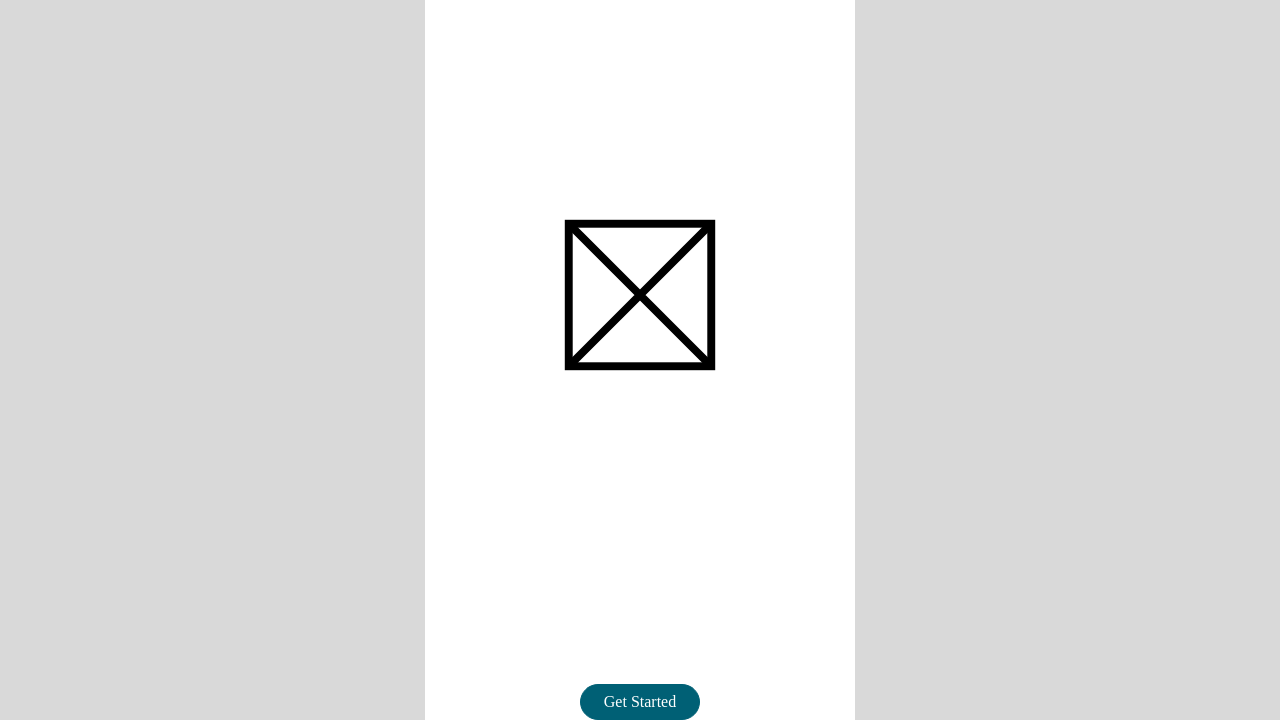
Repository: Michelle2317/CalmQuest
Page: /Onboarding
These files come from the project's save history. The page is drawn as it stood at one moment and after a run of saves; the edit follows.
The browser window is 1280 px wide. The pictures show the whole page.
The project was rebuilt for these pictures with package versions that can differ from the ones it lists, and the page was loaded fresh each time. The framework's server and built-in components were replaced by stand-ins that run in the browser. Also part of the build but not shown: next.config.mjs, components/ButtonSecondary/ButtonSecondary.module.css, components/ButtonSecondary/index.js, components/Navbar/Navbar.module.css, components/Navbar/index.js, components/Tabbar/Tabbar.module.css, components/Tabbar/index.js.

Above is the page before, as saved 2024-03-28 13:26:35.

### pages/Onboarding.js
import Head from "next/head";
import styles from "@/styles/Home.module.css";
import ButtonPrimary from "@/components/ButtonPrimary";
import ButtonSecondary from "@/components/ButtonSecondary";
import Navbar from "@/components/Navbar";
import Tabbar from "@/components/Tabbar";
import Image from "next/image";
import { useState } from "react";
import Link from "next/link";

export default function Onboarding() {
  const [currentScreen, setCurrentScreen] = useState(0);

  const screen1 = () => (
    <div>
      <h2>Personalize your experience</h2>
      <p>TSelect and unlock special icons, and frames</p>
    </div>
  );

  const screen2 = () => (
    <div>
      <h2>Journaling, brainstorming, and prompts</h2>
      <p>Express your thoughts and feelings, or choose a prompt from our collection to write about </p>
    </div>
  );

  const screen3 = () => (
    <div>
      <h2>Mental Health and Rewards</h2>
      <p>Check in on your mental health and unlock rewards </p>
    </div>
  );

  const screen4 = () => (
    <div>
      <h2>Are you ready to start your journey?</h2>
    </div>
  );

  const getStartedClick = () => {
    setCurrentScreen(1);
  };

  const nextClick = () => {
    if (currentScreen < 4) {
      setCurrentScreen(currentScreen + 1);
    }
  };

  return (
    <>
      <Head>
        <title>CalmQuest</title>
        <meta name="description" content="Generated by create next app" />
        <meta name="viewport" content="width=device-width, initial-scale=1" />
        <link rel="icon" href="/favicon.ico" />
      </Head>
      <main className={`${styles.main}`}>
        <div className={styles.mainContainer}>
          <Image
            src={`/images/placeholder.svg`}
            alt="placeholder"
            width={190}
            height={190}
            className={styles.placeholder}
          />
          {currentScreen === 0 && (
            <ButtonPrimary className={styles.getStartedButton} onClick={getStartedClick} title="Get Started" />
          )}
          {currentScreen === 1 && screen1()}
          {currentScreen === 2 && screen2()}
          {currentScreen === 3 && screen3()}
          {currentScreen === 4 && screen4()}
          {currentScreen > 0 && currentScreen < 4 && (
            <ButtonPrimary className={styles.getStartedButton} onClick={nextClick} title="Next" />
          )}
          {currentScreen === 4 && (
          <Link href="/">
            <ButtonPrimaryPrimary className={styles.getStartedButton} title="Let's Go!" />
          </Link>
          )}
        </div>
      </main>
    </>
  );
}

### styles/globals.css
:root {
	--white: #fff;
	--black: #000;
	--gray: #d9d9d9;
	--light-blue: #c9f5ff;
	--dark-turquoise: #006075;
	/* --ombre: linear-gradient(180deg, #E7ECFF 0%, #D8FFFA 100%); */
}

* {
	margin: 0;
	padding: 0;
}

### styles/Home.module.css
.main {
	display: flex;
	flex-direction: row;
	justify-content: center;
	align-items: center;
	min-height: 20vh;
	background-color: var(--gray);
	overflow-y: hidden;
}

.mainContainer {
	position: relative;
	display: flex;
	flex-direction: column;
	justify-content: space-between;
	align-items: center;
	width: 430px;
	height: 100vh;
	max-height: 932px;
	background-color: var(--white);
	overflow-y: auto;
	overflow-x: hidden;
}


/*Onboarding*/
.placeholder {
	padding-top: 200px;
}

.calmQuest {
	margin-top: -220px;
}

.getStartedButton {

}

### components/ButtonPrimary/index.js
import styles from './ButtonPrimary.module.css'
import React from 'react'

export default function ButtonPrimary({ title = 'default' }) {
	return (
		<>
			<div>
				<div className={styles.primary}>
					<button className={styles.primaryButton}>{title}</button>
				</div>
			</div>
		</>
	)
}

### components/ButtonPrimary/ButtonPrimary.module.css
.primaryButton {
	text-align: center;
	color: var(--white);
	font-size: 16px;
	font-family: Nunito;
	font-weight: 400;
	word-wrap: break-word;
	width: 120px;
	height: 36px;
	background: var(--dark-turquoise);
	border: 1px var(--dark-turquoise) solid;
	border-radius: 20px;
	overflow: hidden;
	justify-content: center;
	align-items: center;
	gap: 10px;
	display: inline-flex;
}

.primaryButton:hover {
	text-align: center;
	color: var(--dark-turquoise);
	font-size: 16px;
	font-family: Nunito;
	font-weight: 400;
	word-wrap: break-word;
	width: 120px;
	height: 36px;
	background: var(--light-blue);
	border: 1px var(--dark-turquoise) solid;
	border-radius: 20px;
	overflow: hidden;
	justify-content: center;
	align-items: center;
	gap: 10px;
	display: inline-flex;
}

Loaded but not shown: pages/_app.js (common file); pages/_document.js (common file)

After the next 4 saves:
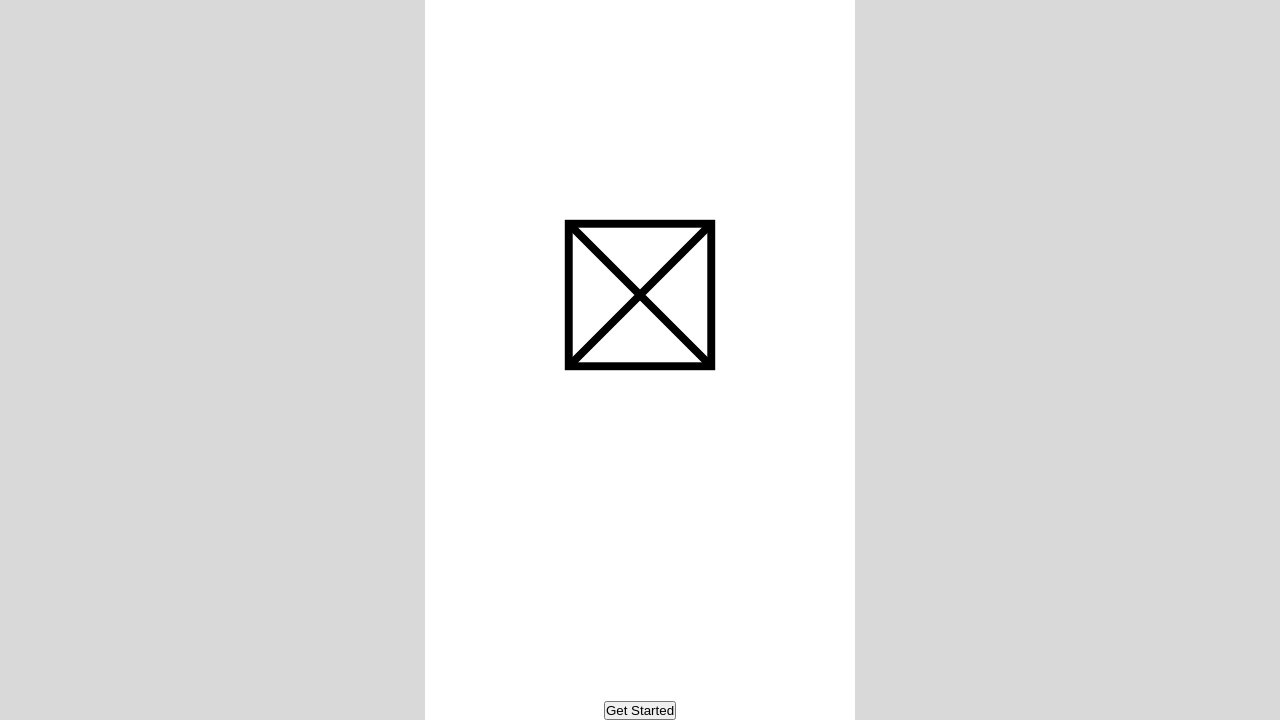
The 4 saves are shown as one change because 1 did not build or start and some came seconds apart.
The last was saved 40 s later.
--- a/pages/Onboarding.js
+++ b/pages/Onboarding.js
@@ -66,18 +66,18 @@
             className={styles.placeholder}
           />
           {currentScreen === 0 && (
-            <ButtonPrimary className={styles.getStartedButton} onClick={getStartedClick} title="Get Started" />
+            <button className={styles.getStartedButton} onClick={getStartedClick}>Get Started</button>
           )}
           {currentScreen === 1 && screen1()}
           {currentScreen === 2 && screen2()}
           {currentScreen === 3 && screen3()}
           {currentScreen === 4 && screen4()}
           {currentScreen > 0 && currentScreen < 4 && (
-            <ButtonPrimary className={styles.getStartedButton} onClick={nextClick} title="Next" />
+            <button className={styles.getStartedButton} onClick={nextClick}>Next</button>
           )}
           {currentScreen === 4 && (
           <Link href="/">
-            <ButtonPrimaryPrimary className={styles.getStartedButton} title="Let's Go!" />
+            <button className={styles.getStartedButton}>Let's Go!</button>
           </Link>
           )}
         </div>
